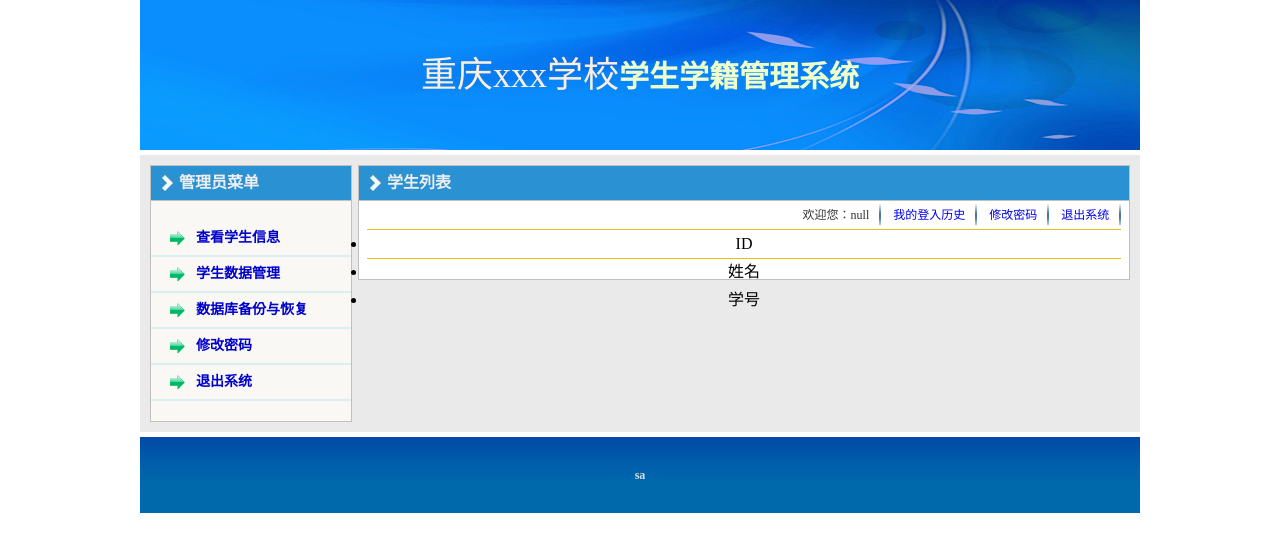
Repository: CityPace/demo
Page: http://localhost/demo/WEB-INF/List.jsp
The author's editor kept a copy of each file at every save. The page is drawn from the files as they stood at one save, then again after the next save.
The browser window is 1280 px wide. The pictures show the whole page.
The page is served by Tomcat 9. Nobody is signed in. The template is opened directly, without the code that normally fills it, so the values that code supplies are empty.

Above is the page before, as saved 2018-04-25 12:36:54.

After the next save:
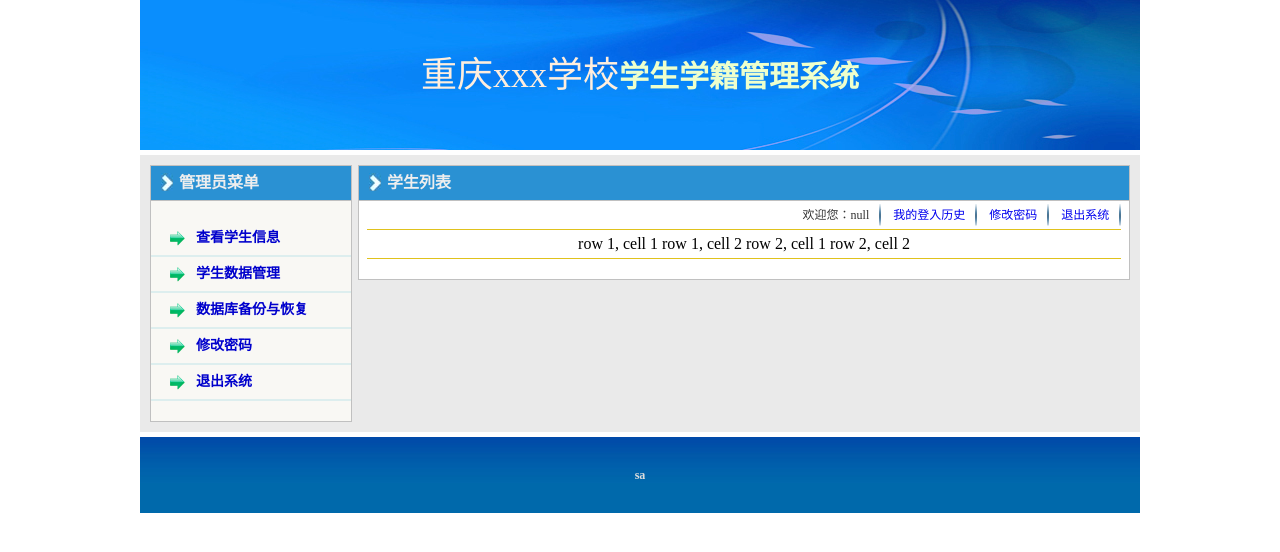
Saved 4 min 40 s later.
--- a/demo/demo/WebContent/WEB-INF/includes/centre.jsp
+++ b/demo/demo/WebContent/WEB-INF/includes/centre.jsp
@@ -8,13 +8,18 @@
 <link href="web/css/function.css" type="text/css" rel = "stylesheet">
 </head>
 <body>
-<div id="centre">
+	<div id="centre">
 		<ul>
-		<li>ID</li>
-		<li>姓名</li>
-		<li>学号</li>
+			<tr>
+				<td>row 1, cell 1</td>
+				<td>row 1, cell 2</td>
+			</tr>
+			<tr>
+				<td>row 2, cell 1</td>
+				<td>row 2, cell 2</td>
+			</tr>
 		</ul>
-</div>
+	</div>
 
 </body>
 </html>
